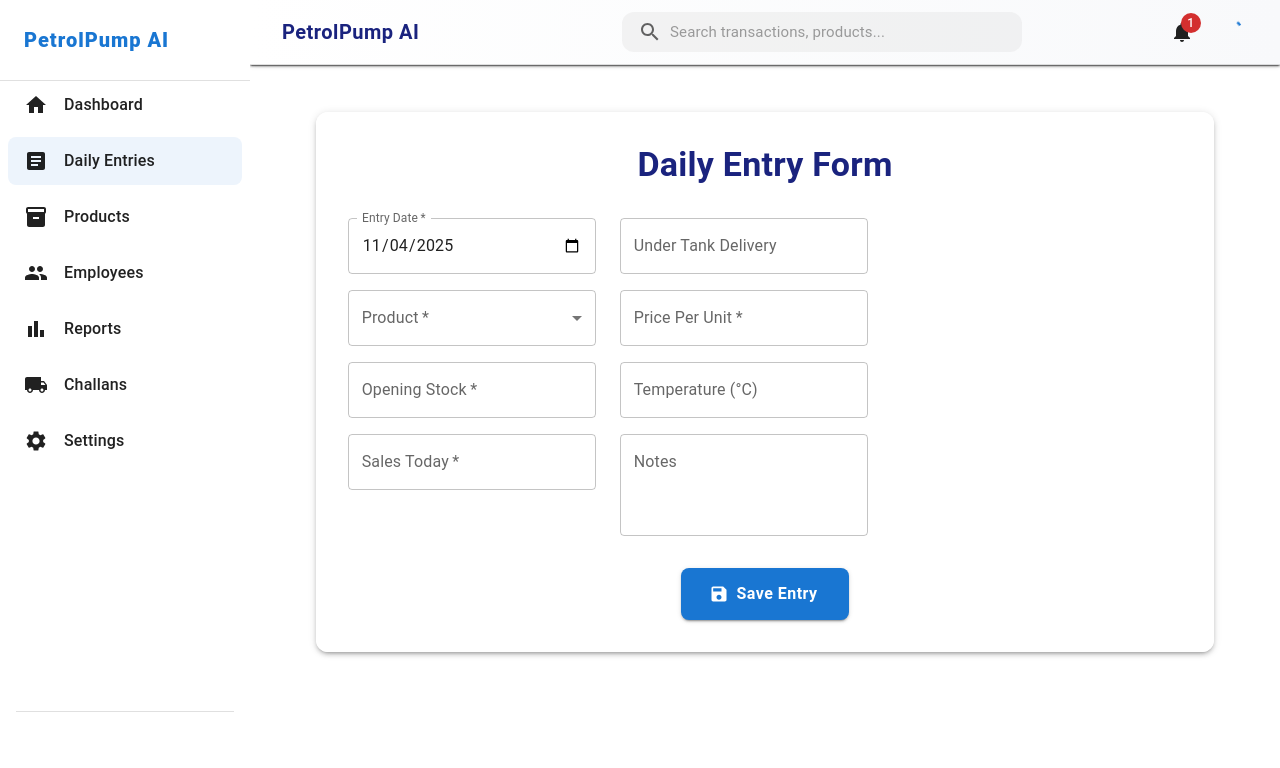
Repository: saquib0509/AI-Enabled-Retail-Management-
Page: /entries (app in frontend/)
An editor plug-in stored every save of this project. The page is shown before and after the next save, followed by the edit.
The browser window is 1280 px wide. The pictures show the whole page.
The page's requests for data from a server got no answer. The project was rebuilt for these pictures with package versions that can differ from the ones it lists, and the page was loaded fresh each time. No one was signed in, and anything a server would have sent is missing. Also part of the build but not shown: frontend/vite.config.ts, frontend/src/pages/Dashboard.tsx, frontend/src/components/EmployeeList.tsx, frontend/src/components/EmployeeForm.tsx, frontend/src/components/EmployeeAttendance.tsx, frontend/src/components/EmployeeSalary.tsx, frontend/src/pages/Employees.tsx, frontend/src/pages/Products.tsx and 10 more.

Above is the page before, as saved 2025-11-09 11:54:30.

### frontend/index.html
<!DOCTYPE html>
<html lang="en">
<head>
  <meta charset="UTF-8">
  <meta name="viewport" content="width=device-width, initial-scale=1.0">
  <title>Petrol Pump Management</title>
  <link rel="stylesheet" href="/src/styles.css">
</head>
<body>
  <div id="root"></div>
  <script type="module" src="/src/main.tsx"></script>
</body>
</html>

### frontend/src/styles.css
/* ===== Global CSS Variables (Design Tokens) ===== */
:root {
  --color-primary: #3763ff;
  --color-primary-hover: #2543c3;
  --color-primary-shadow: #e8f0fe;
  --color-accent: #13c39c;
  --color-bg: #f7f8fa;
  --color-bg-card: #fff;
  --color-bg-navbar: #fff;
  --color-border: #e5e7eb;
  --color-text: #1f2937;
  --color-text-soft: #6b7280;
  --color-text-inverse: #fff;
  --border-radius: 10px;
  --shadow-md: 0 2px 8px 0 rgba(16,30,54,0.06);
  --font-main: 'Inter', 'Segoe UI', Arial, sans-serif;
  --transition: 0.18s cubic-bezier(.4,0,.2,1);
}

@media (prefers-color-scheme: dark) {
  :root {
    --color-bg: #13141a;
    --color-bg-card: #181a20;
    --color-bg-navbar: #191a23;
    --color-primary-shadow: #122056;
    --color-border: #23263a;
    --color-text: #f6f7fa;
    --color-text-soft: #a3adc2;
  }
}

html {
  box-sizing: border-box;
  font-family: var(--font-main);
  font-size: 16px;
  -webkit-font-smoothing: antialiased;
  background: var(--color-bg);
  color: var(--color-text);
}
*, *:before, *:after {
  box-sizing: inherit;
}
body {
  background: var(--color-bg);
  color: var(--color-text);
  min-height: 100vh;
  margin: 0;
  line-height: 1.6;
  transition: background var(--transition), color var(--transition);
  font-size: 1rem;
}

/* Layout */
.container {
  width: 100%;
  max-width: 1200px;
  margin: 0 auto;
  padding: 0 20px;
}

/* Typography */
h1, h2, h3, h4, h5, h6 {
  margin-bottom: 1rem;
  line-height: 1.2;
}

h1 { font-size: 2.5rem; }
h2 { font-size: 2rem; }
h3 { font-size: 1.75rem; }
h4 { font-size: 1.5rem; }
h5 { font-size: 1.25rem; }
h6 { font-size: 1rem; }

p {
  margin-bottom: 1rem;
}

a {
  color: #1976d2;
  text-decoration: none;
}

a:hover {
  text-decoration: underline;
}

/* Buttons */
button, .btn {
  display: inline-block;
  background: #1976d2;
  color: white;
  border: none;
  padding: 0.5rem 1rem;
  border-radius: 4px;
  cursor: pointer;
  font-size: 1rem;
  transition: background-color 0.3s;
}

button:hover, .btn:hover {
  background: #1565c0;
}

/* Forms */
input, select, textarea {
  width: 100%;
  padding: 0.5rem;
  margin-bottom: 1rem;
  border: 1px solid #ddd;
  border-radius: 4px;
  font-size: 1rem;
}

label {
  display: block;
  margin-bottom: 0.5rem;
  font-weight: 500;
}

/* Utility classes */
.mt-1 { margin-top: 0.5rem; }
.mt-2 { margin-top: 1rem; }
.mt-3 { margin-top: 1.5rem; }
.mt-4 { margin-top: 2rem; }

.mb-1 { margin-bottom: 0.5rem; }
.mb-2 { margin-bottom: 1rem; }
.mb-3 { margin-bottom: 1.5rem; }
.mb-4 { margin-bottom: 2rem; }

.text-center { text-align: center; }
.text-right { text-align: right; }

/* Responsive */
@media (max-width: 768px) {
  .container {
    padding: 0 15px;
  }

  h1 { font-size: 2rem; }
  h2 { font-size: 1.75rem; }
  h3 { font-size: 1.5rem; }
}

/* Utility classes */
.responsive-grid {
  display: grid;
  gap: 1.4rem;
  grid-template-columns: 1fr;
}
@media (min-width: 600px) {
  .responsive-grid {
    grid-template-columns: 1fr 1fr;
  }
}
@media (min-width: 980px) {
  .responsive-grid {
    grid-template-columns: 1fr 1fr 1fr;
  }
}

/* Modern Card Form Styles */
.modern-card-form {
  background: var(--color-bg-card);
  box-shadow: var(--shadow-md);
  border-radius: var(--border-radius);
  padding: 2rem 2rem 1.7rem 2rem;
  display: flex;
  flex-direction: column;
  gap: 1.2rem;
  width: 100%;
  max-width: 380px;
  margin: 1.7rem auto 0 auto;
  border: 1px solid var(--color-border);
}
.modern-card-form label {
  text-align: left;
  font-size: 1rem;
  font-weight: 500;
  color: var(--color-text);
  letter-spacing: 0.01em;
}
.modern-card-form input,
.modern-card-form select,
.modern-card-form textarea {
  margin-top: 0.32rem;
  padding: 0.55rem 0.8rem;
  border: 1px solid var(--color-border);
  border-radius: var(--border-radius);
  background: var(--color-bg);
  color: var(--color-text);
  font-size: 1rem;
  transition: border-color var(--transition), background var(--transition), color var(--transition);
}
.modern-card-form input:focus,
.modern-card-form select:focus,
.modern-card-form textarea:focus {
  border-color: var(--color-primary);
  outline: none;
  background: var(--color-primary-shadow);
}
.modern-card-form button[type=submit] {
  margin-top: 0.66rem;
}

### frontend/src/main.tsx
import { StrictMode } from 'react';
import { createRoot } from 'react-dom/client';
import { BrowserRouter } from 'react-router-dom';
import { AppProvider } from './context/AppContext';
import App from './App';
import './styles.css';

// Initialize the application
const container = document.getElementById('root');

if (!container) {
  throw new Error("Failed to find the root element");
}

const root = createRoot(container);

root.render(
  <StrictMode>
    <BrowserRouter>
      <AppProvider>
        <App />
      </AppProvider>
    </BrowserRouter>
  </StrictMode>
);

### frontend/src/App.tsx
import { Routes, Route } from 'react-router-dom';
import Layout from './components/layout/Layout';
import Dashboard from './pages/Dashboard';
import DailyEntryForm from './components/DailyEntryForm';
import Employees from "./pages/Employees";
import Products from "./pages/Products";
import Settings from "./pages/Settings";
import Challans from "./pages/Challans";
import Reports from "./pages/Reports";



const App = () => {
  return (
    <div className="app-container">
      <Routes>
        <Route path="/" element={<Layout />}>
          <Route index element={<Dashboard />} />
          <Route path="entries" element={<DailyEntryForm />} />
          <Route path="products" element={<Products />} />
          <Route path="employees" element={<Employees />} />
          <Route path="reports" element={<Reports />} />
          <Route path="settings" element={<Settings />} />
          <Route path="challans" element={<Challans />} />
        </Route>
      </Routes>
    </div>
  );
};

export default App;

### frontend/src/components/layout/Layout.tsx
import { useState } from 'react';
import { Outlet } from 'react-router-dom';
import { Box, CssBaseline, AppBar, Toolbar, useTheme, useMediaQuery } from '@mui/material';
import Sidebar from './Sidebar';
import Navbar from './Navbar';

const drawerWidth = 250;

export default function Layout() {
  const [mobileOpen, setMobileOpen] = useState(false);
  const theme = useTheme();
  const isDesktop = useMediaQuery(theme.breakpoints.up('md'));

  const handleDrawerToggle = () => {
    setMobileOpen(!mobileOpen);
  };

  return (
    <Box sx={{ display: 'flex', minHeight: '100vh', bgcolor: 'background.default', color: 'text.primary' }}>
      <CssBaseline />
      {/* AppBar */}
      <AppBar
        position="fixed"
        sx={{
          width: { md: `calc(100% - ${drawerWidth}px)` },
          ml: { md: `${drawerWidth}px` },
          bgcolor: 'background.paper',
          color: 'text.primary',
          boxShadow: 2
        }}
        elevation={isDesktop ? 1 : 4}
      >
        <Toolbar variant="dense" disableGutters>
          <Navbar onMenuClick={handleDrawerToggle} />
        </Toolbar>
      </AppBar>
      {/* Drawer/Sidebar */}
      <Sidebar
        variant={isDesktop ? 'permanent' : 'temporary'}
        open={isDesktop ? true : mobileOpen}
        onClose={handleDrawerToggle}
        drawerWidth={drawerWidth}
      />
      {/* Main Content */}
      <Box
        component="main"
        sx={{
          flexGrow: 1,
          p: { xs: 2, sm: 3, md: 4 },
          width: { xs: '100%', md: `calc(100% - ${drawerWidth}px)` },
          mt: 6,
          minHeight: '100vh',
        }}
      >
        <Outlet />
      </Box>
    </Box>
  );
}

### frontend/src/components/DailyEntryForm.tsx
import React, { useState, useEffect, ChangeEvent, FormEvent } from "react";
import {
  Box,
  TextField,
  Select,
  MenuItem,
  Button,
  Typography,
  Paper,
  InputLabel,
  FormControl,
  Grid,
  Container,
} from "@mui/material";
import SaveIcon from "@mui/icons-material/Save";
import api from "../services/api";

interface Product {
  id: number;
  name: string;
  unit: string;
}

interface DailyEntryData {
  entryDate: string;
  productId: number | "";
  openingStock: number | "";
  salesToday: number | "";
  underTankDelivery: number | "";
  pricePerUnit: number | "";
  temperature: number | "";
  notes: string;
}

const DailyEntryForm: React.FC = () => {
  const [products, setProducts] = useState<Product[]>([]);
  const [loading, setLoading] = useState(false);
  const [formData, setFormData] = useState<DailyEntryData>({
    entryDate: new Date().toISOString().slice(0, 10),
    productId: "",
    openingStock: "",
    salesToday: "",
    underTankDelivery: "",
    pricePerUnit: "",
    temperature: "",
    notes: "",
  });

  useEffect(() => {
    api
      .get<Product[]>("/products")
      .then((res) => setProducts(res.data))
      .catch(() => alert("Could not fetch products"));
  }, []);

  const handleChange = (
    e: ChangeEvent<
      HTMLInputElement | HTMLTextAreaElement | { name?: string; value: unknown }
    >
  ) => {
    const { name, value } = e.target;
    if (!name) return;
    setFormData((prev) => ({
      ...prev,
      [name]:
        name === "productId" && value !== ""
          ? Number(value)
          : ["openingStock", "salesToday", "underTankDelivery", "pricePerUnit", "temperature"].includes(name) &&
            value !== ""
          ? Number(value)
          : value,
    }));
  };

  const handleSubmit = (e: FormEvent) => {
    e.preventDefault();
    setLoading(true);
    api
      .post("/daily-entries", formData)
      .then(() => {
        alert("Entry saved successfully!");
        setFormData({
          entryDate: new Date().toISOString().slice(0, 10),
          productId: "",
          openingStock: "",
          salesToday: "",
          underTankDelivery: "",
          pricePerUnit: "",
          temperature: "",
          notes: "",
        });
      })
      .catch((err) =>
        alert("Failed: " + (err.response?.data?.error || err.message))
      )
      .finally(() => setLoading(false));
  };

  return (
    <Container
      maxWidth={false}
      sx={{ py: 4, width: "98%", maxWidth: "1200px" }}
    >
      <Paper
        elevation={3}
        sx={{
          p: 4,
          borderRadius: 3,
          background:
            "linear-gradient(135deg, #ffffff 0%, #ffffff 100%)",
        }}
      >
        <Typography
          variant="h4"
          align="center"
          gutterBottom
          sx={{ fontWeight: 700, color: "#1a237e", mb: 4 }}
        >
          Daily Entry Form
        </Typography>

        <Box component="form" onSubmit={handleSubmit}>
          {/* Grid Layout - 2 Columns */}
          <Grid container spacing={3}>
            {/* Column 1 */}
            <Grid item xs={12} md={6}>
              <Box sx={{ display: "flex", flexDirection: "column", gap: 2 }}>
                <TextField
                  fullWidth
                  label="Entry Date"
                  type="date"
                  name="entryDate"
                  value={formData.entryDate}
                  onChange={handleChange}
                  InputLabelProps={{ shrink: true }}
                  required
                  sx={{ minWidth: "100%" }}
                />

                <FormControl fullWidth required sx={{ minWidth: "100%" }}>
                  <InputLabel>Product</InputLabel>
                  <Select
                    name="productId"
                    value={formData.productId}
                    label="Product"
                    onChange={handleChange}
                  >
                    <MenuItem value="">Select Product</MenuItem>
                    {products.map((p) => (
                      <MenuItem key={p.id} value={p.id}>
                        {p.name} ({p.unit})
                      </MenuItem>
                    ))}
                  </Select>
                </FormControl>

                <TextField
                  fullWidth
                  label="Opening Stock"
                  name="openingStock"
                  type="number"
                  value={formData.openingStock}
                  onChange={handleChange}
                  required
                  sx={{ minWidth: "100%" }}
                />

                <TextField
                  fullWidth
                  label="Sales Today"
                  name="salesToday"
                  type="number"
                  value={formData.salesToday}
                  onChange={handleChange}
                  required
                  sx={{ minWidth: "100%" }}
                />
              </Box>
            </Grid>

            {/* Column 2 */}
            <Grid item xs={12} md={6}>
              <Box sx={{ display: "flex", flexDirection: "column", gap: 2 }}>
                <TextField
                  fullWidth
                  label="Under Tank Delivery"
                  name="underTankDelivery"
                  type="number"
                  value={formData.underTankDelivery}
                  onChange={handleChange}
                  sx={{ minWidth: "100%" }}
                />

                <TextField
                  fullWidth
                  label="Price Per Unit"
                  name="pricePerUnit"
                  type="number"
                  value={formData.pricePerUnit}
                  onChange={handleChange}
                  required
                  sx={{ minWidth: "100%" }}
                />

                <TextField
                  fullWidth
                  label="Temperature (°C)"
                  name="temperature"
                  type="number"
                  value={formData.temperature}
                  onChange={handleChange}
                  sx={{ minWidth: "100%" }}
                />

                <TextField
                  fullWidth
                  label="Notes"
                  name="notes"
                  multiline
                  rows={3}
                  value={formData.notes}
                  onChange={handleChange}
                  placeholder="Add any additional notes..."
                  sx={{ minWidth: "100%" }}
                />
              </Box>
            </Grid>
          </Grid>

          {/* Submit Button */}
          <Box sx={{ display: "flex", justifyContent: "center", mt: 4 }}>
            <Button
              type="submit"
              variant="contained"
              color="primary"
              startIcon={<SaveIcon />}
              disabled={loading}
              sx={{
                px: 4,
                py: 1.5,
                fontWeight: 600,
                borderRadius: 2,
                textTransform: "none",
                fontSize: "1rem",
              }}
            >
              {loading ? "Saving..." : "Save Entry"}
            </Button>
          </Box>
        </Box>
      </Paper>
    </Container>
  );
};

export default DailyEntryForm;

### frontend/src/services/api.ts
import axios from "axios";

const api = axios.create({
  baseURL: "http://localhost:8080/api",
  headers: {
    'Content-Type': 'application/json',
  },
});

export default api;

Loaded but not shown: frontend/src/context/AppContext.tsx (287 lines, source omitted); frontend/src/components/layout/Navbar.tsx (229 lines, source omitted); frontend/src/components/layout/Sidebar.tsx (149 lines, source omitted)

After the next save:
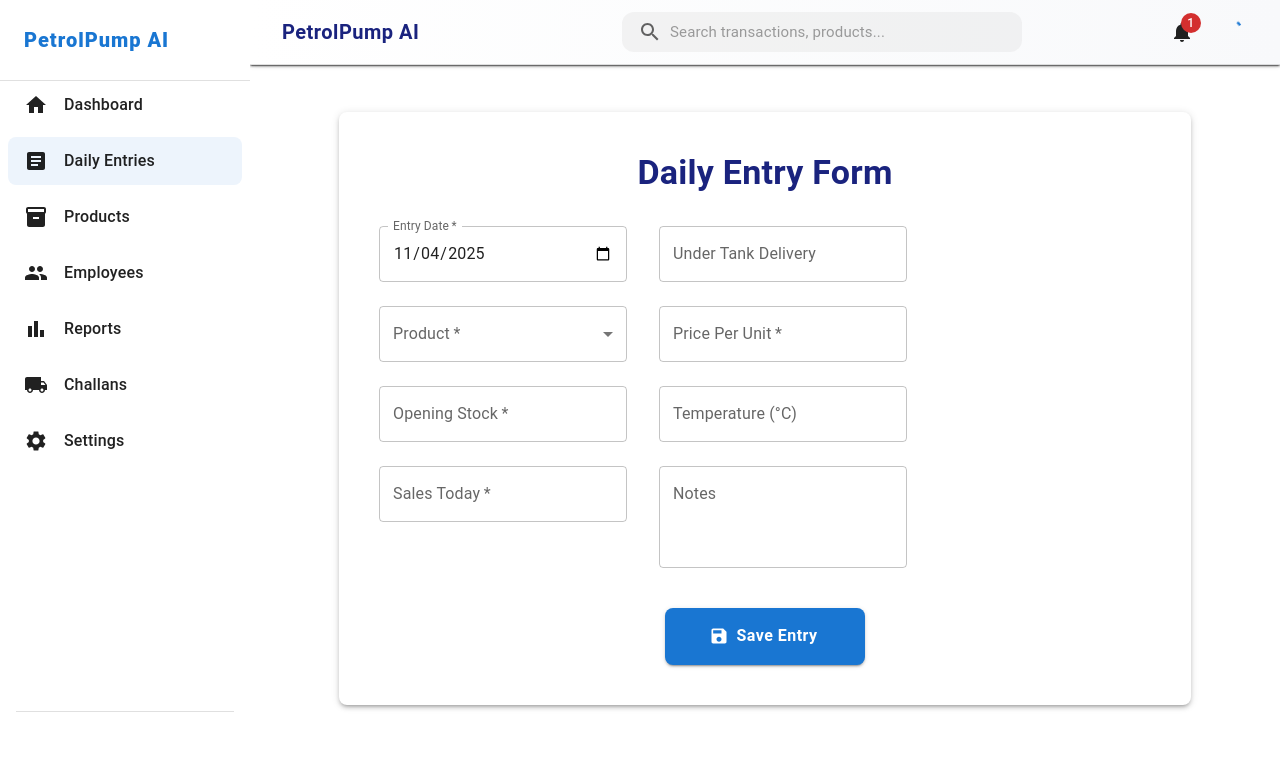
Saved 19 s later.
--- a/frontend/src/components/DailyEntryForm.tsx
+++ b/frontend/src/components/DailyEntryForm.tsx
@@ -32,7 +32,11 @@ interface DailyEntryData {
   notes: string;
 }
 
-const DailyEntryForm: React.FC = () => {
+interface Props {
+  onEntryAdded?: () => void;
+}
+
+const DailyEntryForm: React.FC<Props> = ({ onEntryAdded }) => {
   const [products, setProducts] = useState<Product[]>([]);
   const [loading, setLoading] = useState(false);
   const [formData, setFormData] = useState<DailyEntryData>({
@@ -54,9 +58,7 @@ const DailyEntryForm: React.FC = () => {
   }, []);
 
   const handleChange = (
-    e: ChangeEvent<
-      HTMLInputElement | HTMLTextAreaElement | { name?: string; value: unknown }
-    >
+    e: ChangeEvent<HTMLInputElement | HTMLTextAreaElement | { name?: string; value: unknown }>
   ) => {
     const { name, value } = e.target;
     if (!name) return;
@@ -89,6 +91,7 @@ const DailyEntryForm: React.FC = () => {
           temperature: "",
           notes: "",
         });
+        if (onEntryAdded) onEntryAdded();
       })
       .catch((err) =>
         alert("Failed: " + (err.response?.data?.error || err.message))
@@ -97,34 +100,29 @@ const DailyEntryForm: React.FC = () => {
   };
 
   return (
-    <Container
-      maxWidth={false}
-      sx={{ py: 4, width: "98%", maxWidth: "1200px" }}
-    >
+    <Container maxWidth="md" sx={{ py: 4 }}>
       <Paper
         elevation={3}
         sx={{
-          p: 4,
-          borderRadius: 3,
-          background:
-            "linear-gradient(135deg, #ffffff 0%, #ffffff 100%)",
+          p: 5,
+          borderRadius: 2,
+          background: "#ffffff",
         }}
       >
         <Typography
           variant="h4"
           align="center"
           gutterBottom
-          sx={{ fontWeight: 700, color: "#1a237e", mb: 4 }}
+          sx={{ fontWeight: "bold", color: "#1a237e", mb: 4 }}
         >
           Daily Entry Form
         </Typography>
 
         <Box component="form" onSubmit={handleSubmit}>
-          {/* Grid Layout - 2 Columns */}
-          <Grid container spacing={3}>
-            {/* Column 1 */}
-            <Grid item xs={12} md={6}>
-              <Box sx={{ display: "flex", flexDirection: "column", gap: 2 }}>
+          <Grid container spacing={4}>
+            {/* Column 1 - Left Side */}
+            <Grid item xs={12} sm={6}>
+              <Box sx={{ display: "flex", flexDirection: "column", gap: 3 }}>
                 <TextField
                   fullWidth
                   label="Entry Date"
@@ -134,10 +132,10 @@ const DailyEntryForm: React.FC = () => {
                   onChange={handleChange}
                   InputLabelProps={{ shrink: true }}
                   required
-                  sx={{ minWidth: "100%" }}
-                />
-
-                <FormControl fullWidth required sx={{ minWidth: "100%" }}>
+                  variant="outlined"
+                />
+
+                <FormControl fullWidth required>
                   <InputLabel>Product</InputLabel>
                   <Select
                     name="productId"
@@ -162,7 +160,7 @@ const DailyEntryForm: React.FC = () => {
                   value={formData.openingStock}
                   onChange={handleChange}
                   required
-                  sx={{ minWidth: "100%" }}
+                  variant="outlined"
                 />
 
                 <TextField
@@ -173,14 +171,14 @@ const DailyEntryForm: React.FC = () => {
                   value={formData.salesToday}
                   onChange={handleChange}
                   required
-                  sx={{ minWidth: "100%" }}
+                  variant="outlined"
                 />
               </Box>
             </Grid>
 
-            {/* Column 2 */}
-            <Grid item xs={12} md={6}>
-              <Box sx={{ display: "flex", flexDirection: "column", gap: 2 }}>
+            {/* Column 2 - Right Side */}
+            <Grid item xs={12} sm={6}>
+              <Box sx={{ display: "flex", flexDirection: "column", gap: 3 }}>
                 <TextField
                   fullWidth
                   label="Under Tank Delivery"
@@ -188,7 +186,7 @@ const DailyEntryForm: React.FC = () => {
                   type="number"
                   value={formData.underTankDelivery}
                   onChange={handleChange}
-                  sx={{ minWidth: "100%" }}
+                  variant="outlined"
                 />
 
                 <TextField
@@ -199,7 +197,7 @@ const DailyEntryForm: React.FC = () => {
                   value={formData.pricePerUnit}
                   onChange={handleChange}
                   required
-                  sx={{ minWidth: "100%" }}
+                  variant="outlined"
                 />
 
                 <TextField
@@ -209,7 +207,7 @@ const DailyEntryForm: React.FC = () => {
                   type="number"
                   value={formData.temperature}
                   onChange={handleChange}
-                  sx={{ minWidth: "100%" }}
+                  variant="outlined"
                 />
 
                 <TextField
@@ -220,15 +218,13 @@ const DailyEntryForm: React.FC = () => {
                   rows={3}
                   value={formData.notes}
                   onChange={handleChange}
-                  placeholder="Add any additional notes..."
-                  sx={{ minWidth: "100%" }}
+                  variant="outlined"
                 />
               </Box>
             </Grid>
           </Grid>
 
-          {/* Submit Button */}
-          <Box sx={{ display: "flex", justifyContent: "center", mt: 4 }}>
+          <Box sx={{ display: "flex", justifyContent: "center", mt: 5 }}>
             <Button
               type="submit"
               variant="contained"
@@ -236,12 +232,13 @@ const DailyEntryForm: React.FC = () => {
               startIcon={<SaveIcon />}
               disabled={loading}
               sx={{
-                px: 4,
-                py: 1.5,
+                px: 6,
+                py: 1.8,
                 fontWeight: 600,
                 borderRadius: 2,
                 textTransform: "none",
                 fontSize: "1rem",
+                boxShadow: 2,
               }}
             >
               {loading ? "Saving..." : "Save Entry"}
